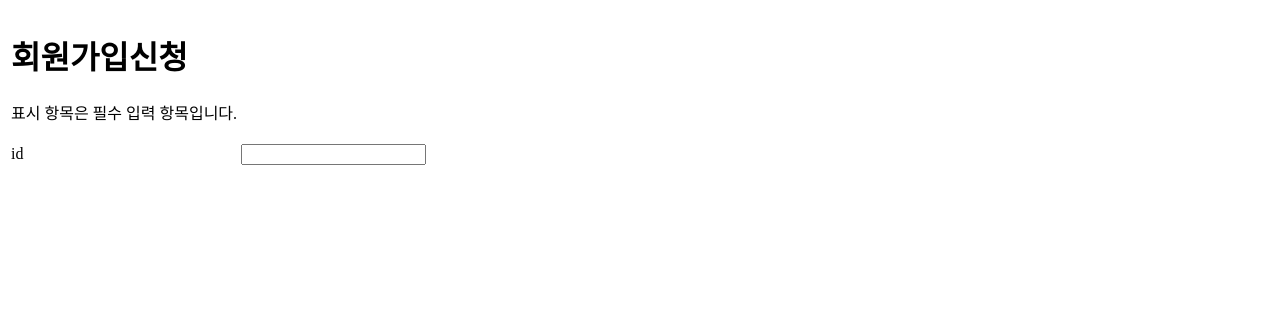
Repository: lch901/webStudy
Page: http://localhost/beanPro/register.jsp
An editor plug-in stored every save of this project. The page is shown before and after the next save, followed by the edit.
The browser window is 1280 px wide. The pictures show the whole page.
The page is served by Tomcat 9.

Above is the page before, as saved 2020-08-25 00:35:05.

After the next save:
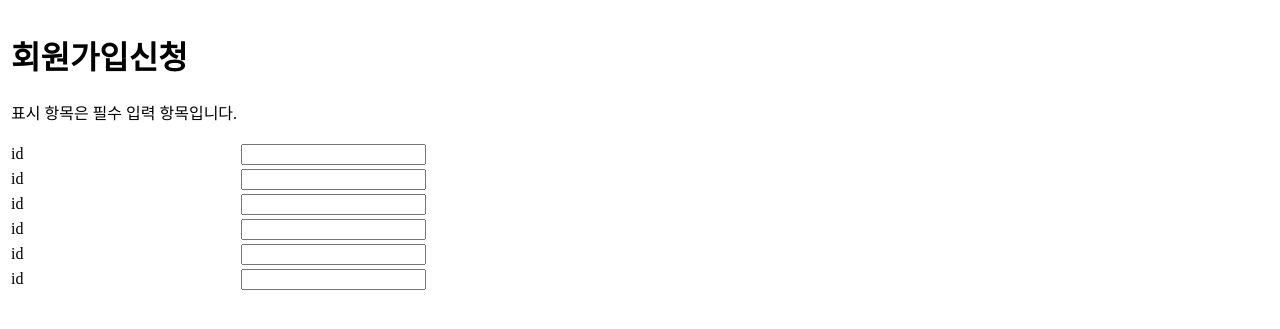
Saved 25 s later.
--- a/beanPro/WebContent/register.jsp
+++ b/beanPro/WebContent/register.jsp
@@ -13,6 +13,11 @@
 				<td><h1>회원가입신청</h1><p>표시 항목은 필수 입력 항목입니다.</p></td>
 			</tr>
 			<tr><td>id</td><td><input type="text" name="mem_uid"></td></tr>
+			<tr><td>id</td><td><input type="text" name="mem_uid"></td></tr>
+			<tr><td>id</td><td><input type="text" name="mem_uid"></td></tr>
+			<tr><td>id</td><td><input type="text" name="mem_uid"></td></tr>
+			<tr><td>id</td><td><input type="text" name="mem_uid"></td></tr>
+			<tr><td>id</td><td><input type="text" name="mem_uid"></td></tr>
 		</table>
 	</form>
 </body>
